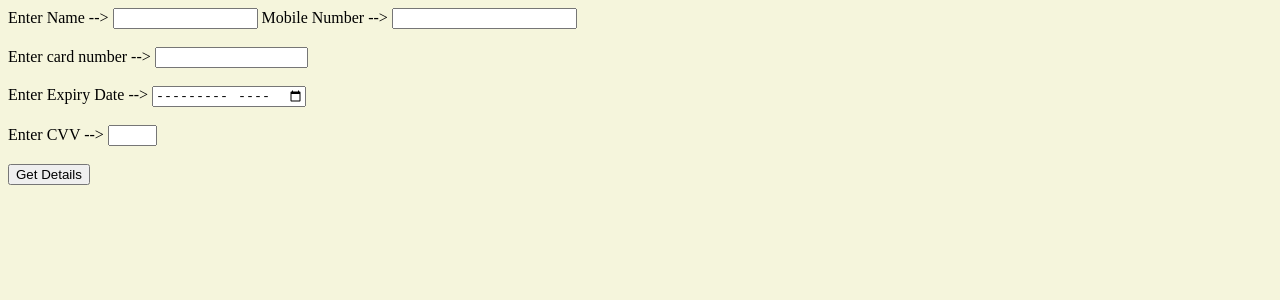
Repository: Amrinshaik/Day10
Page: CreditCardDetails/WebContent/creditCard.html
The author's editor kept a copy of each file at every save. The page is drawn from the files as they stood at one save, then again after the next save.
The browser window is 1280 px wide. The pictures show the whole page.

Above is the page before, as saved 2018-09-06 09:18:28.

### CreditCardDetails/WebContent/creditCard.html
<!DOCTYPE html>
<html>
<head>
<meta charset="ISO-8859-1">
<title>Credit Card Details</title>
</head>
<body bgcolor="beige">
<form action="displaydetails"  method="post">

<label>Enter Name</label> -->
<input type="text" name="EmployeeName" size=15/>

<label>Mobile Number</label> -->
<input type="text" pattern="[7-9]{1}[0-9]{9}" name="MobileNumber">
<br></br>
<label>Enter card number</label> -->
<input type="text" name="Card Number" size=16/>
<br></br>
<label>Enter Expiry Date</label> -->
<input type="month" name="Expiry Date" size=10/>
<br></br>
<label>Enter CVV</label> -->
<input type="password" name="CVV" size=3/>
<br></br>
<input type="submit" value="Get Details"/>
<br></br>
</form>
</body>
</html>

After the next save:
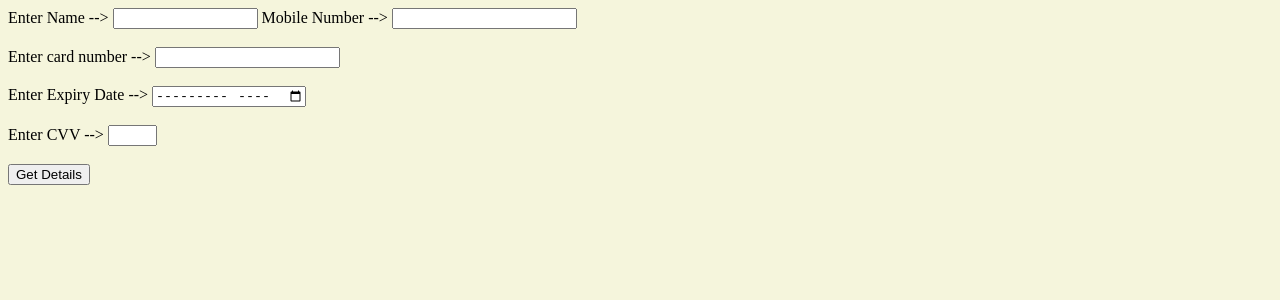
Saved 6 min 49 s later.
--- a/CreditCardDetails/WebContent/creditCard.html
+++ b/CreditCardDetails/WebContent/creditCard.html
@@ -11,10 +11,10 @@
 <input type="text" name="EmployeeName" size=15/>
 
 <label>Mobile Number</label> -->
-<input type="text" pattern="[7-9]{1}[0-9]{9}" name="MobileNumber">
+<input type="number" pattern="[7-9]{1}[0-9]{9}" name="MobileNumber">
 <br></br>
 <label>Enter card number</label> -->
-<input type="text" name="Card Number" size=16/>
+<input type="number" name="Card Number" size=16/>
 <br></br>
 <label>Enter Expiry Date</label> -->
 <input type="month" name="Expiry Date" size=10/>
